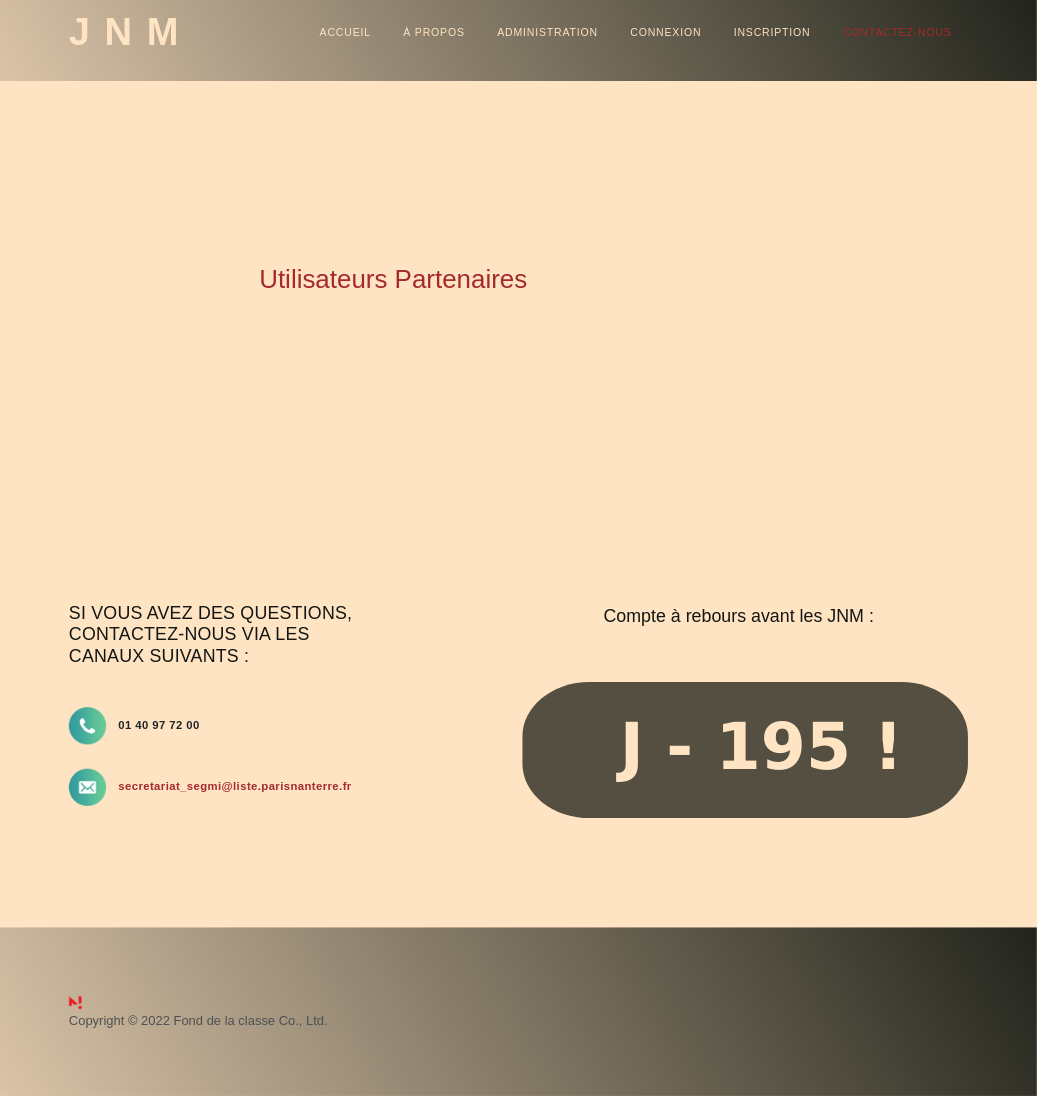
Repository: RiadNadri/ProjetWeb2022
Page: templates/Admin/admin.html.twig
An editor plug-in stored every save of this project. The page is shown before and after the next save, followed by the edit.
The browser window is 1280 px wide. The pictures show the whole page, at 81% of full size.
Some web fonts or font styles are not loaded; a fallback is used. The page is a Twig template of a Symfony application; nobody is signed in and links lead nowhere. The template is opened directly, without the code that normally fills it, so the values that code supplies are empty.

Above is the page before, as saved 2022-12-24 17:00:21.

After the next save:
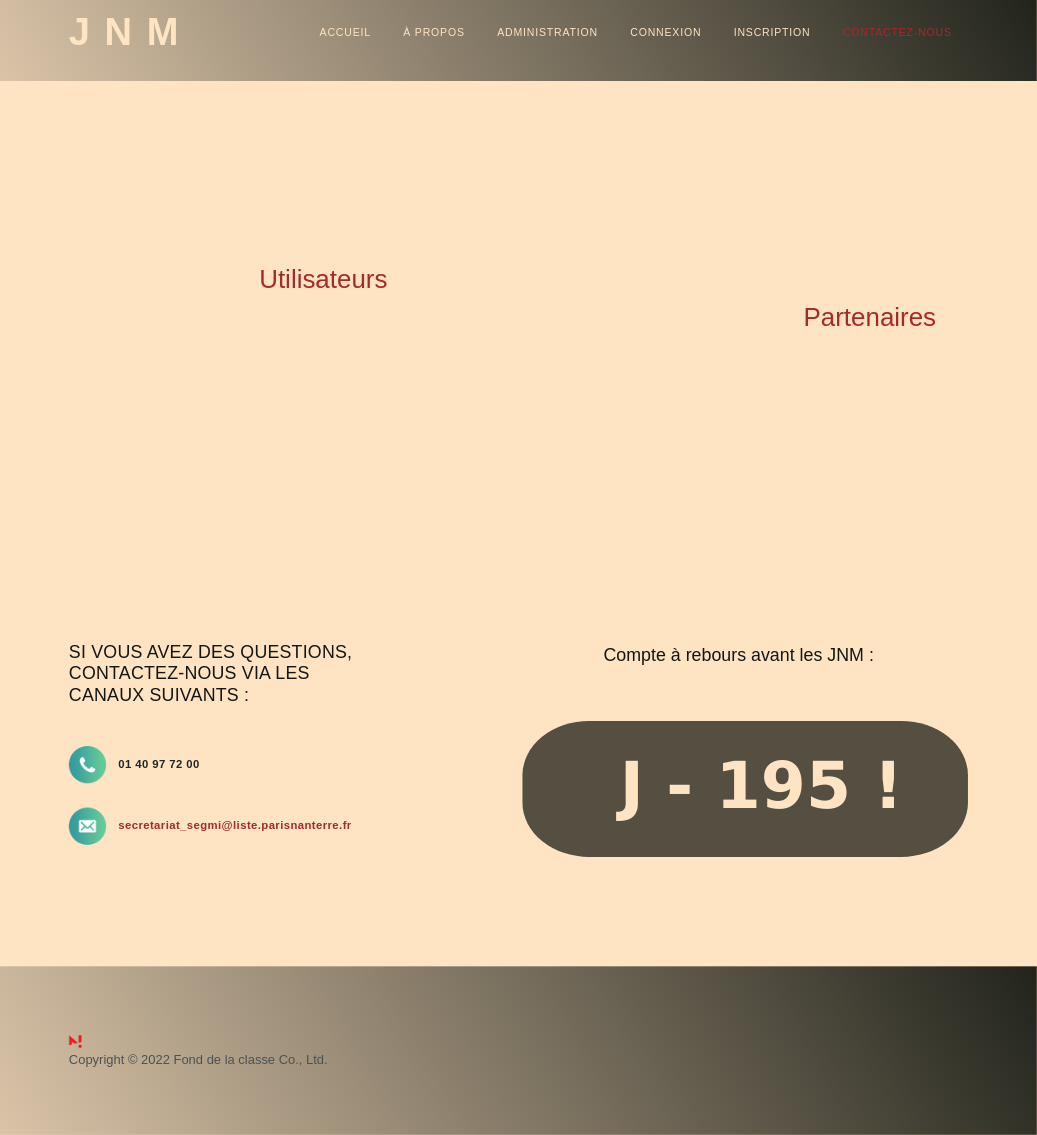
Saved 30 s later.
--- a/templates/Admin/admin.html.twig
+++ b/templates/Admin/admin.html.twig
@@ -21,7 +21,7 @@
 <div class="section">
     <div class="buttonUser" >
         <a href="{{path('app_user')}}">Utilisateurs</a>
-        <a "buttonPartenaire" class href="{{path('app_user')}}">                      Partenaires</a>
+        <a class="buttonPartenaire" href="{{path('app_user')}}">Partenaires</a>
     </div>
 </div>
 {% endblock %}

After the save that followed:
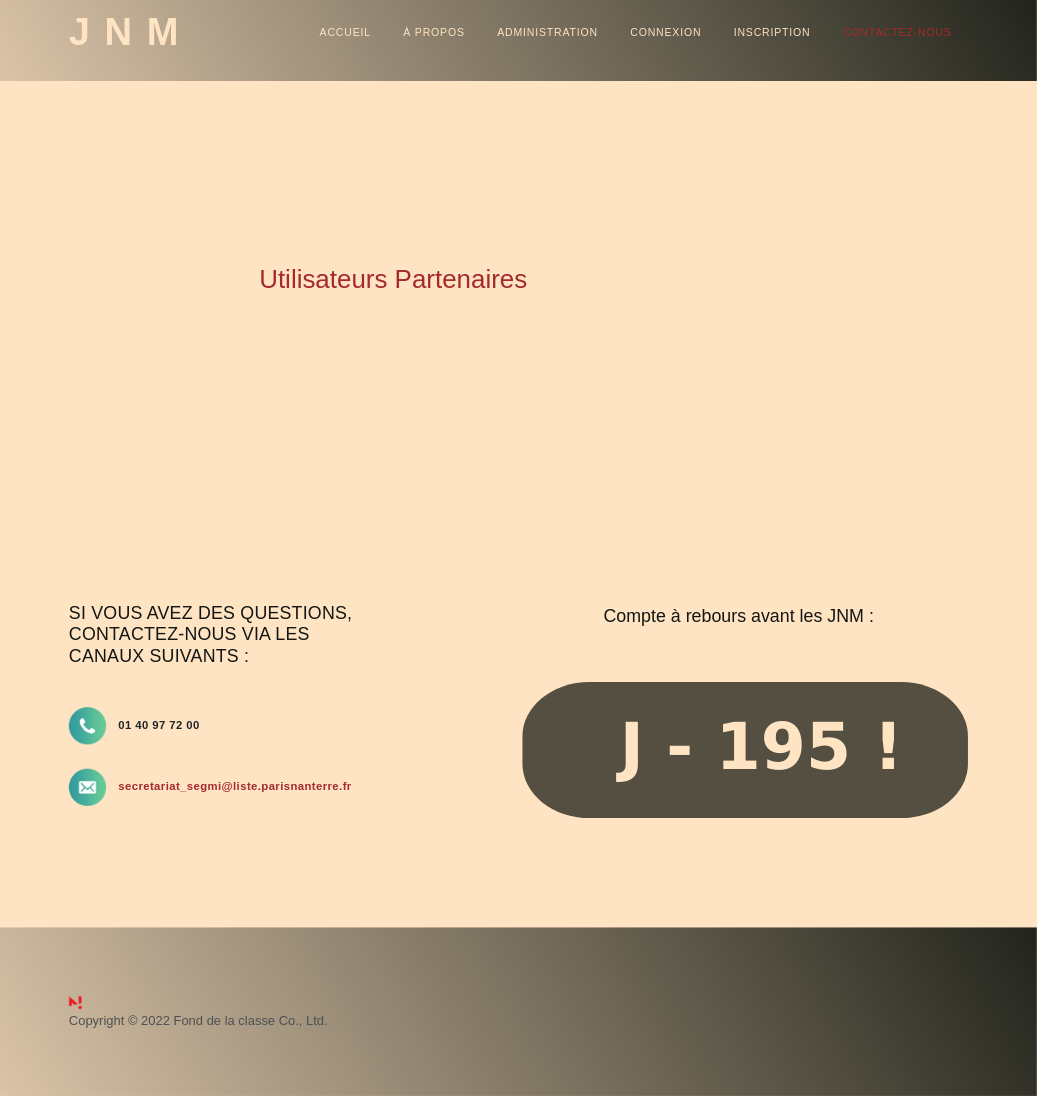
Saved 38 s later.
--- a/templates/Admin/admin.html.twig
+++ b/templates/Admin/admin.html.twig
@@ -13,7 +13,7 @@
         font-size: xx-large;
     }
     .buttonPartenaire{
-        margin-left:70%;
+        margin-right:20%;
         font-size: xx-large;
     }
 </style>
@@ -21,7 +21,7 @@
 <div class="section">
     <div class="buttonUser" >
         <a href="{{path('app_user')}}">Utilisateurs</a>
-        <a class="buttonPartenaire" href="{{path('app_user')}}">Partenaires</a>
+        <a class="buttonPartenaire" href="{{path('app_partenaire')}}">Partenaires</a>
     </div>
 </div>
 {% endblock %}
